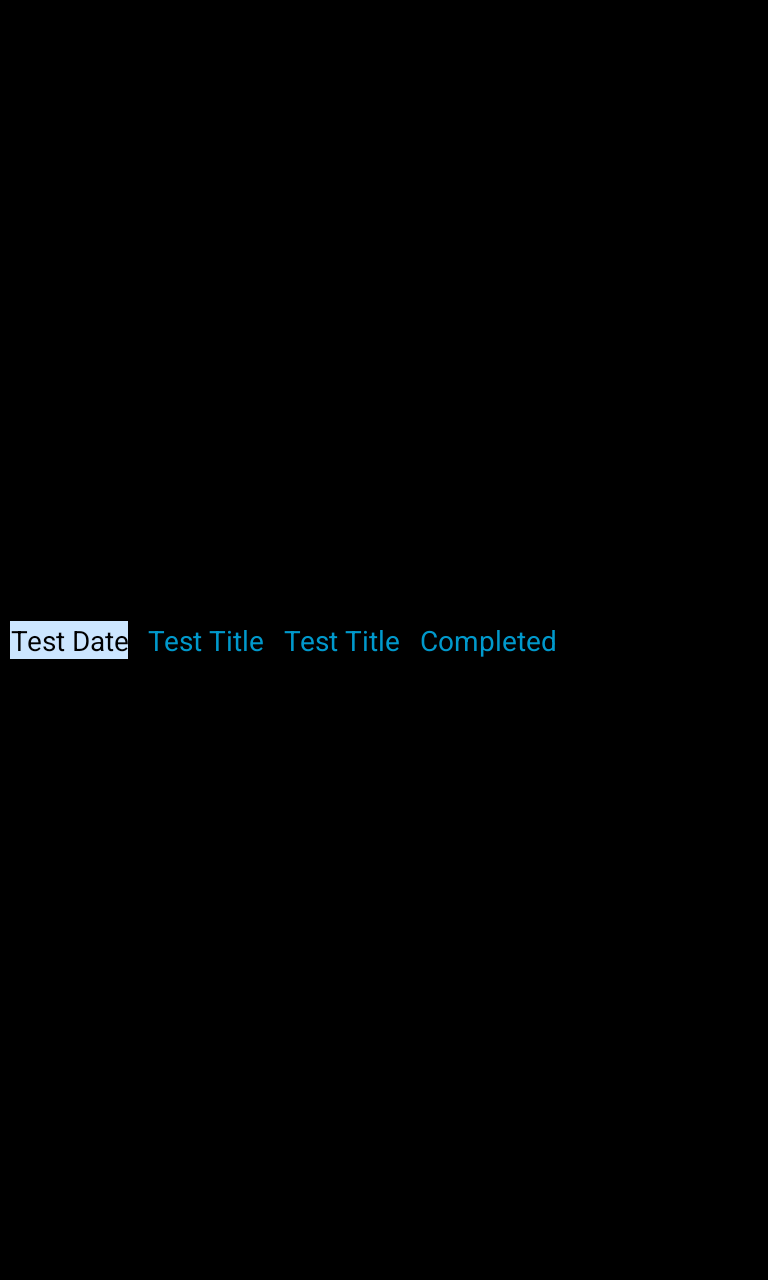
Repository: titango/androidass1
Layout: uTask/res/layout/task_list_item.xml
An editor plug-in stored every save of this project. The layout is shown before and after the next save, followed by the edit.
It is drawn on a 768 x 1280 px phone screen (xhdpi) without system bars, with theme NoActionBar; the app's code is not run.

Above is the layout before, as saved 2013-03-31 23:38:22.

### uTask/res/layout/task_list_item.xml
<?xml version="1.0" encoding="utf-8"?>
<LinearLayout xmlns:android="http://schemas.android.com/apk/res/android"
    android:layout_width="wrap_content"
    android:layout_height="wrap_content"
    android:gravity="left|center"
    android:paddingBottom="5dp"
    android:paddingLeft="5dp"
    android:paddingTop="5dp" >

    <TextView
        android:id="@+id/task_list_item_date"
        android:layout_width="wrap_content"
        android:layout_height="wrap_content"
        android:background="@color/lightblue"
        android:gravity="center"
        android:text="Test Date"
        android:textColor="@color/black" >
    </TextView>

    <TextView
        android:id="@+id/task_list_item_title"
        android:layout_width="wrap_content"
        android:layout_height="wrap_content"
        android:layout_marginLeft="10dp"
        android:text="Test Title"
        android:textColor="#0099CC" >
    </TextView>

    <TextView
        android:id="@+id/task_list_item_priority"
        android:layout_width="wrap_content"
        android:layout_height="wrap_content"
        android:layout_marginLeft="10dp"
        android:text="Test Title"
        android:textColor="#0099CC" >
    </TextView>

    <TextView
        android:id="@+id/task_list_item_status"
        android:layout_width="wrap_content"
        android:layout_height="wrap_content"
        android:layout_marginLeft="10dp"
        android:text="Completed"
        android:textColor="#0099CC" >
    </TextView>

</LinearLayout>

### uTask/res/values/colors.xml
<?xml version="1.0" encoding="utf-8"?>
<resources>
    <color name="white">#FFFFFF</color>
    <color name="black">#000000</color>
    <color name="darkblue">#0000A0</color>
    <color name="lightblue">#CCE6FF</color>
    <color name="lightyellow">#FFFFCC</color>
    <color name="superlightyellow">#FFFFE5</color>
    <color name="lightorange">#FFCC33</color>
    <color name="darkorange">#FFBF00</color>
    <color name="lowlightgreen">#00FF99</color>

</resources>

Loaded but not shown: uTask/res/values/styles.xml (common file)

After the next save:
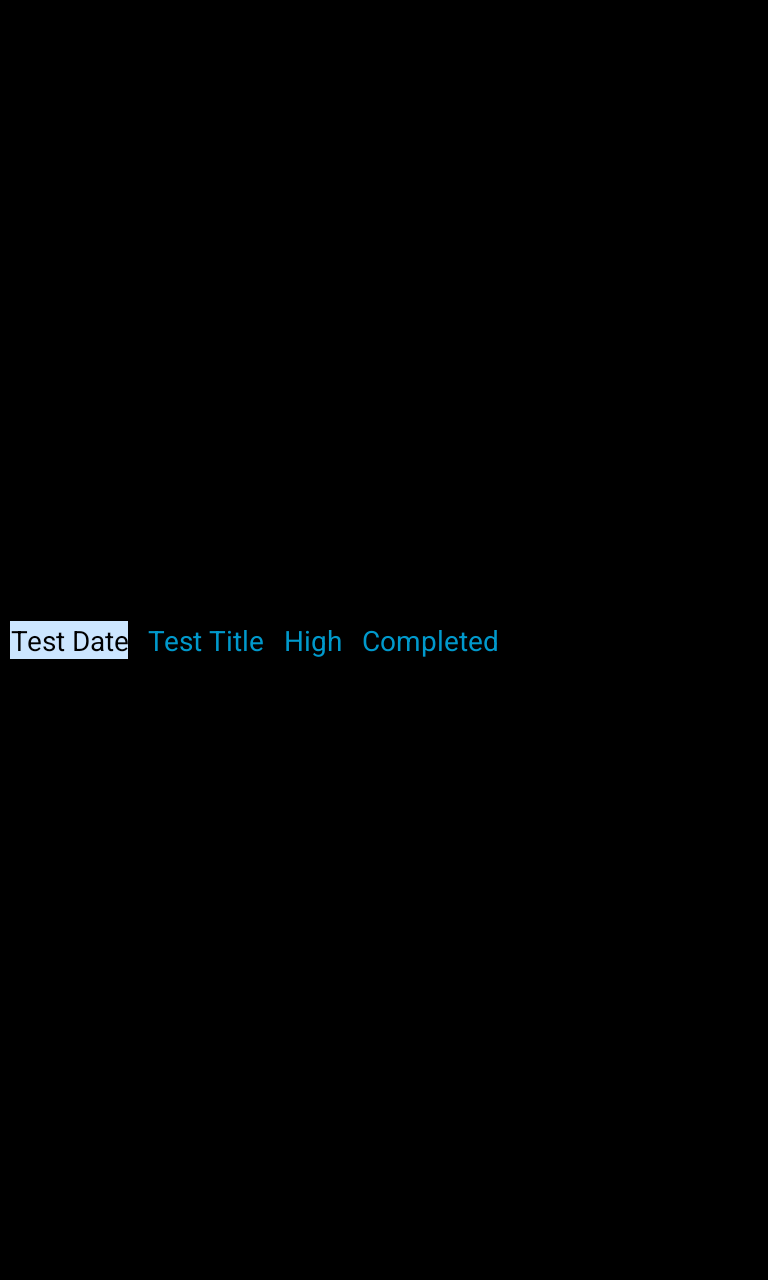
Saved 4 s later.
--- a/uTask/res/layout/task_list_item.xml
+++ b/uTask/res/layout/task_list_item.xml
@@ -31,7 +31,7 @@
         android:layout_width="wrap_content"
         android:layout_height="wrap_content"
         android:layout_marginLeft="10dp"
-        android:text="Test Title"
+        android:text="High"
         android:textColor="#0099CC" >
     </TextView>
 
